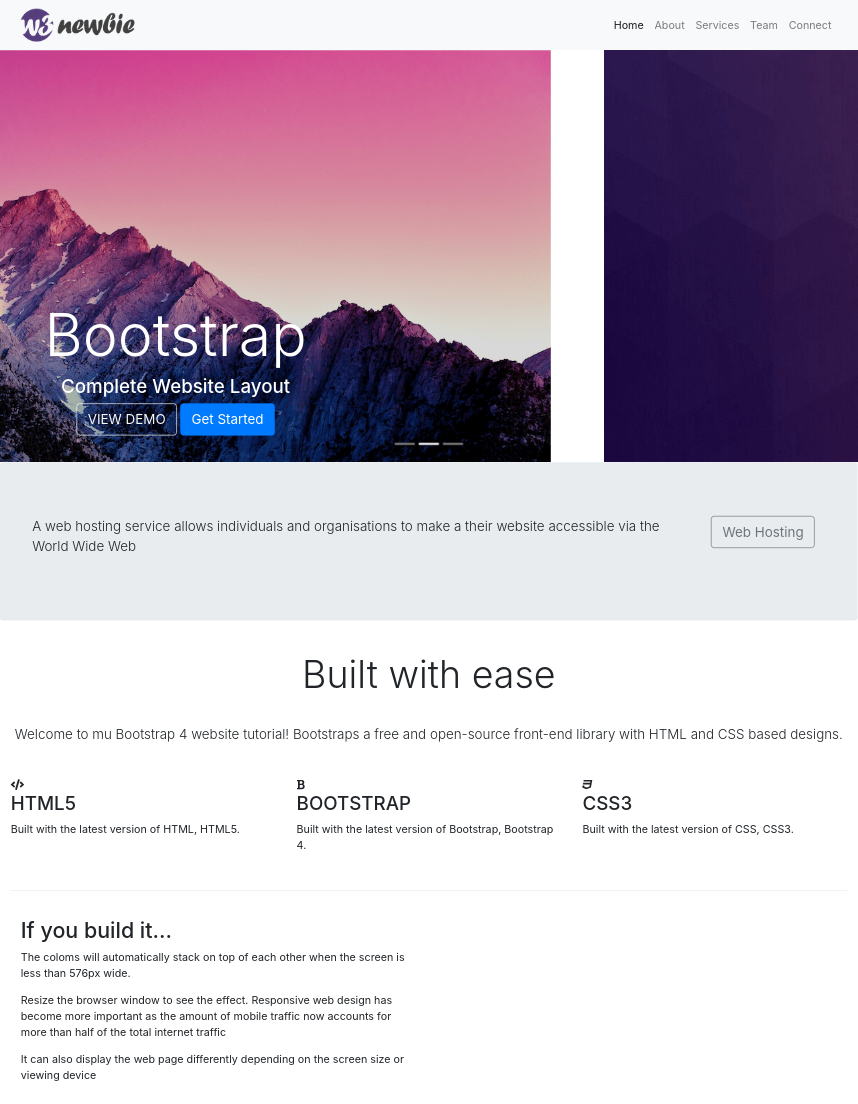
Repository: rkyankya/Bootstrap-1
Page: index.html
An editor plug-in stored every save of this project. The page is shown before and after the next save, followed by the edit.
The browser window is 1280 px wide. The pictures show the whole page, at 67% of full size.
Some web libraries are served in a nearby version.

Above is the page before, as saved 2019-12-15 18:14:48.

After the next save:
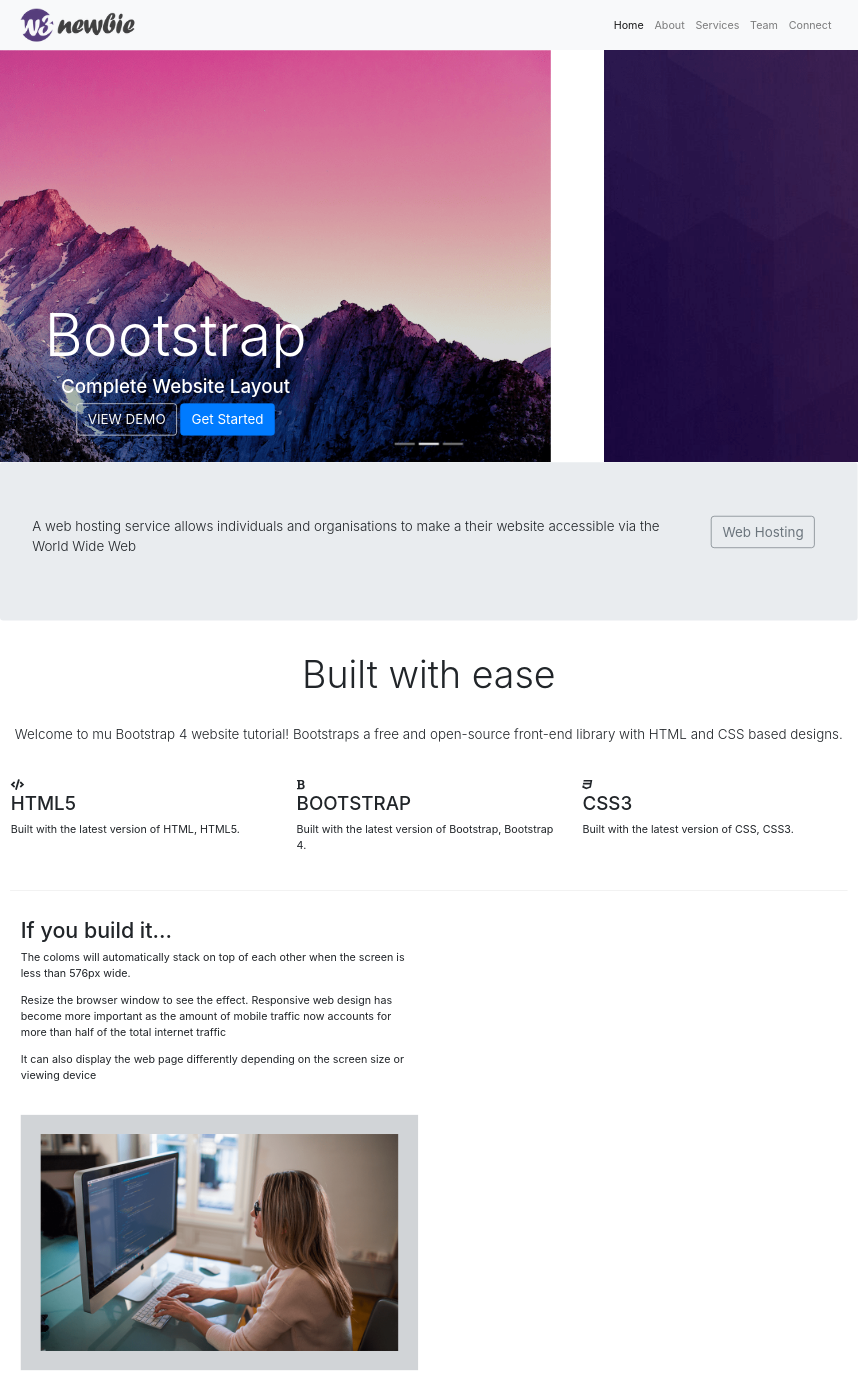
Saved 6 min 42 s later.
--- a/index.html
+++ b/index.html
@@ -131,6 +131,9 @@
                 <p>Resize the browser window to see the effect. Responsive web design has become more important as the amount of mobile traffic now accounts for more than half of the total internet traffic</p>
                 <p>It can also display the web page differently depending on the screen size or viewing device</p>
             </div>
+            <div class="col-lg-6">
+                <img src="img/desk.png" class="img-fluid" alt="#">
+            </div>
         </div>
     </div>
 
